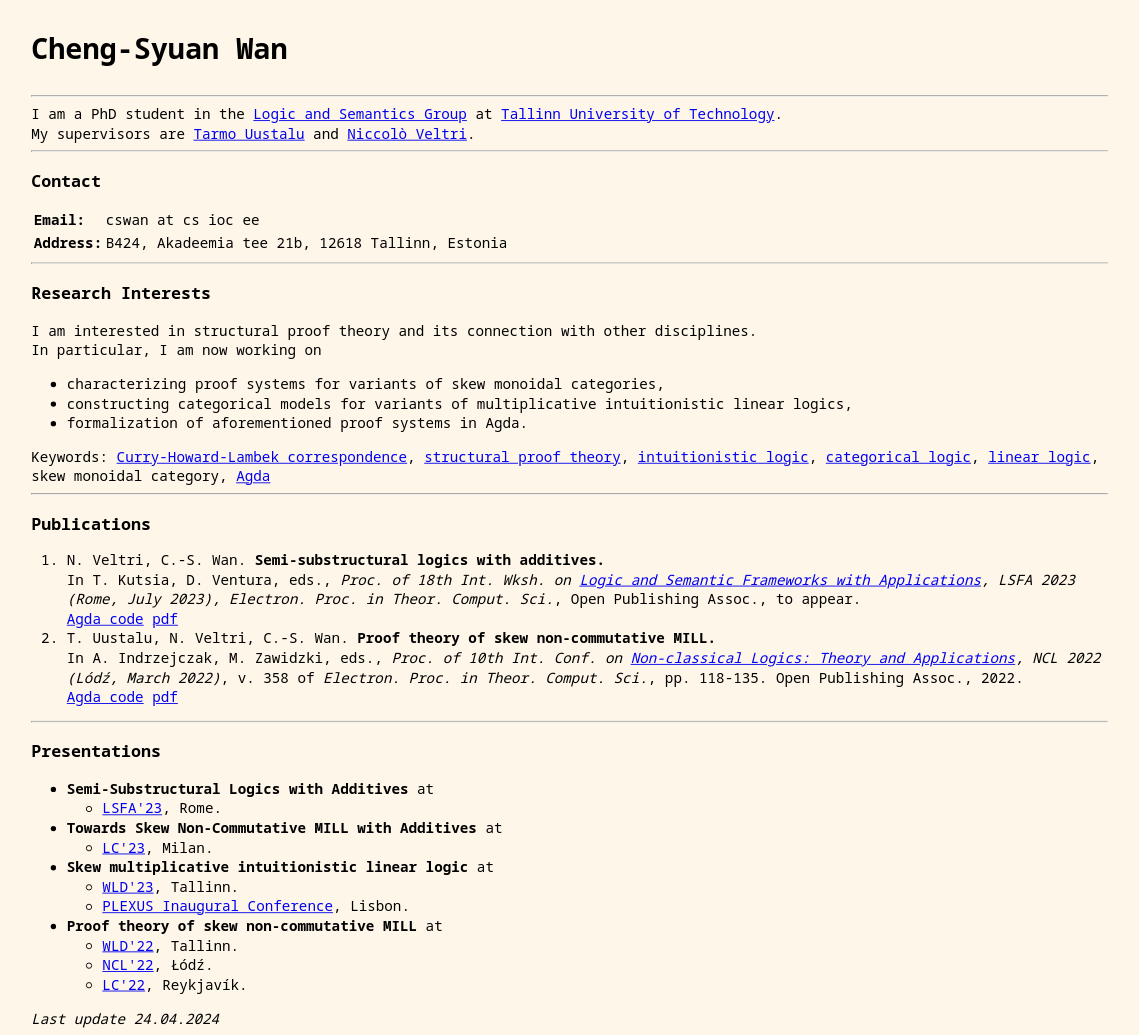
Repository: cswphilo/cswphilo.github.io
Page: index.html
The author's editor kept a copy of each file at every save. The page is drawn from the files as they stood at one save, then again after the next save.
The browser window is 1280 px wide. The pictures show the whole page, at 89% of full size.

Above is the page before, as saved 2024-04-24 15:56:37.

After the next save:
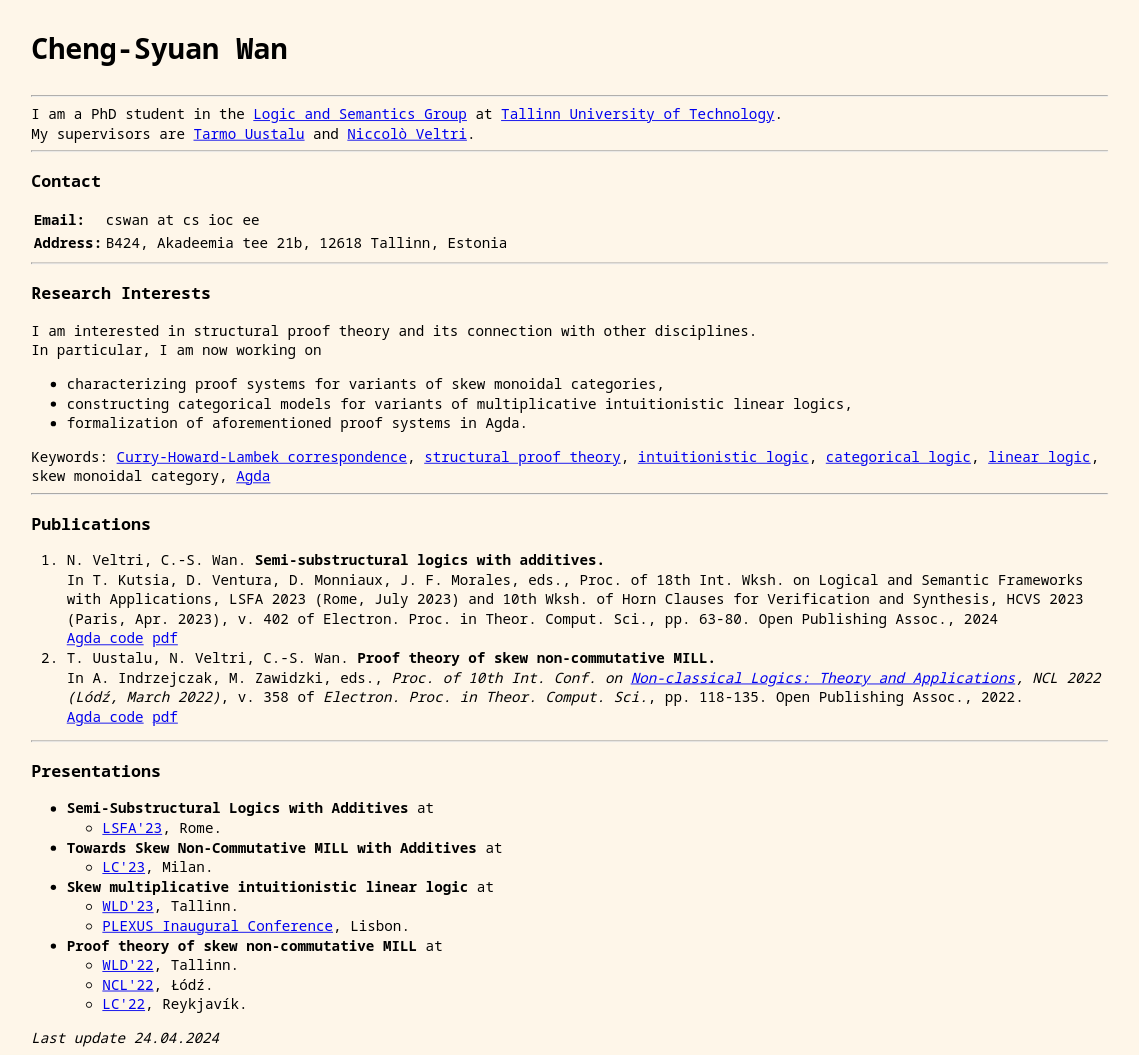
Saved 47 h 21 min later.
--- a/index.html
+++ b/index.html
@@ -58,7 +58,7 @@
         <h3>Publications</h3>
     <ol>
         <li>N. Veltri, C.-S. Wan. <strong>Semi-substructural logics with additives.</strong> <br />
-            In T. Kutsia, D. Ventura, eds., <em>Proc. of 18th Int. Wksh. on <a href="https://sites.google.com/ufg.br/lsfa2023">Logic and Semantic Frameworks with Applications</a>, LSFA 2023 (Rome, July 2023), Electron. Proc. in Theor. Comput. Sci.</em>, Open Publishing Assoc., to appear. <br />
+            In T. Kutsia, D. Ventura, D. Monniaux, J. F. Morales, eds., Proc. of 18th Int. Wksh. on Logical and Semantic Frameworks with Applications, LSFA 2023 (Rome, July 2023) and 10th Wksh. of Horn Clauses for Verification and Synthesis, HCVS 2023 (Paris, Apr. 2023), v. 402 of Electron. Proc. in Theor. Comput. Sci., pp. 63-80. Open Publishing Assoc., 2024 <br />
             <a href="https://github.com/cswphilo/SkewMonAdd">Agda code</a> <a href="https://cgi.cse.unsw.edu.au/~eptcs/paper.cgi?LSFA2023.8.pdf">pdf</a>
             </li>
         <li>T. Uustalu, N. Veltri, C.-S. Wan. <strong>Proof theory of skew non-commutative MILL.</strong> <br />
